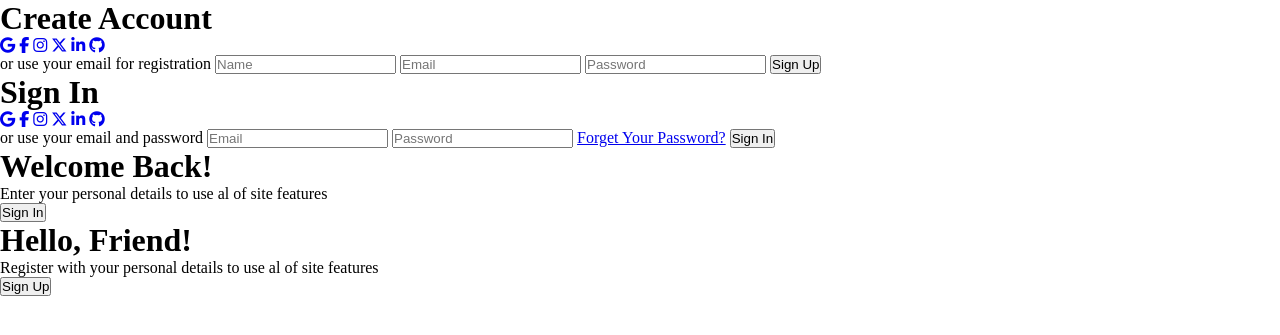
Repository: DevMike1993/Animated_Login_Page
Page: index.html
These files come from the project's save history. The page is drawn as it stood at one moment and after a run of saves; the edit follows.
The browser window is 1280 px wide. The pictures show the whole page.

Above is the page before, as saved 2023-12-17 19:50:28.

After the next 7 saves:
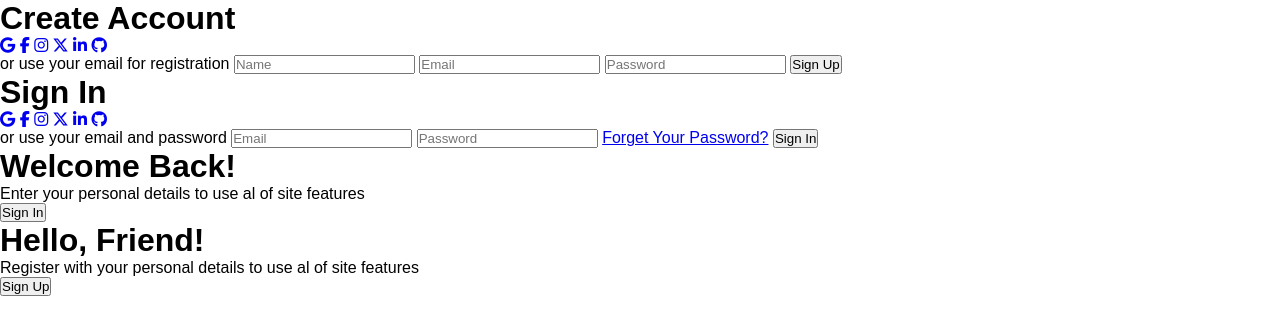
The 7 saves are shown as one change because they came seconds apart.
The last was saved 23 s later.
--- a/style.css
+++ b/style.css
@@ -4,5 +4,5 @@
     margin: 0;
     padding: 0;
     box-sizing: border-box;
-    font-family: ;
+    font-family: "Monserrat", sans-serif;
 }
